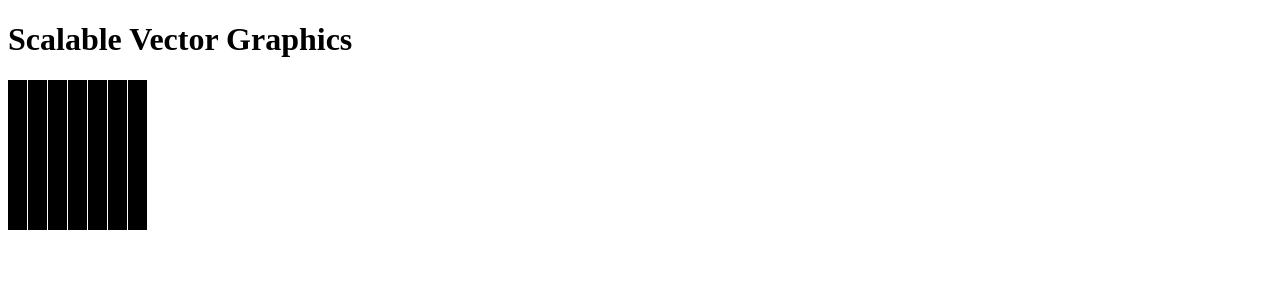
Repository: david-connaughton/data-visualisation
Page: svg.html
The author's editor kept a record of every edit. The page is drawn from the files as they stood at one moment, then again after the next edit.
The browser window is 1280 px wide. The pictures show the whole page.

Above is the page before.

After the next edit:
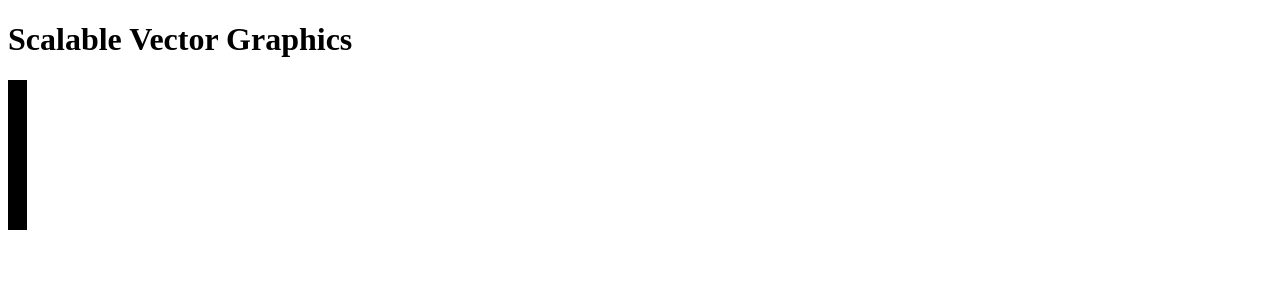
The edit:
--- a/svg.html
+++ b/svg.html
@@ -13,7 +13,7 @@
        <!-- <circle cx='100' cy='25' r='20' fill='pink'/>-->
        <!--<polygon points='0,0 100,0 200,100 250,50 300,300 0,300' fill='red'/>-->
        <rect x='0' y='' width='19' height='150' fill=''/>
-       <rect x='20' y='' width='19' height='150' fill=''/>
+       <!--<rect x='20' y='' width='19' height='150' fill=''/>
        <rect x='40' y='' width='19' height='150' fill=''/>
        <rect x='60' y='' width='19' height='150' fill=''/>
        <rect x='80' y='' width='19' height='150' fill=''/>

After the edit that followed:
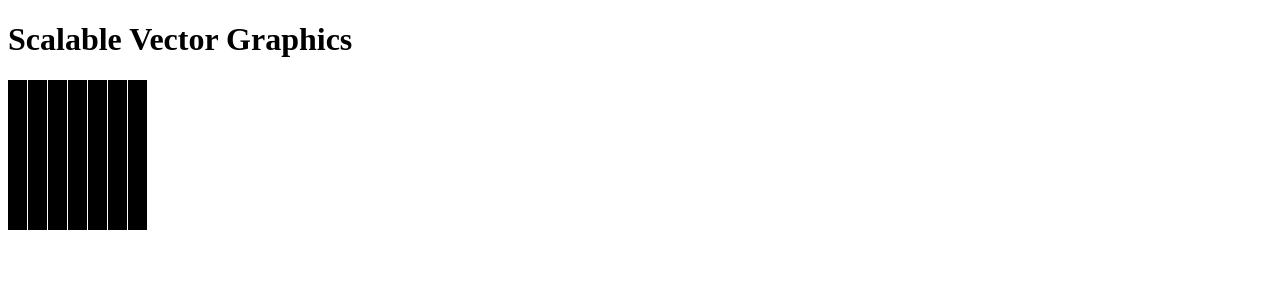
The edit:
--- a/svg.html
+++ b/svg.html
@@ -18,7 +18,7 @@
        <rect x='60' y='' width='19' height='150' fill=''/>
        <rect x='80' y='' width='19' height='150' fill=''/>
        <rect x='100' y='' width='19' height='150' fill=''/>
-       <rect x='120' y='' width='19' height='150' fill=''/>
+       <rect x='120' y='' width='19' height='150' fill=''/>-->
 
 
        <rect x='0' y='' width='19' height='150' fill=''/>
